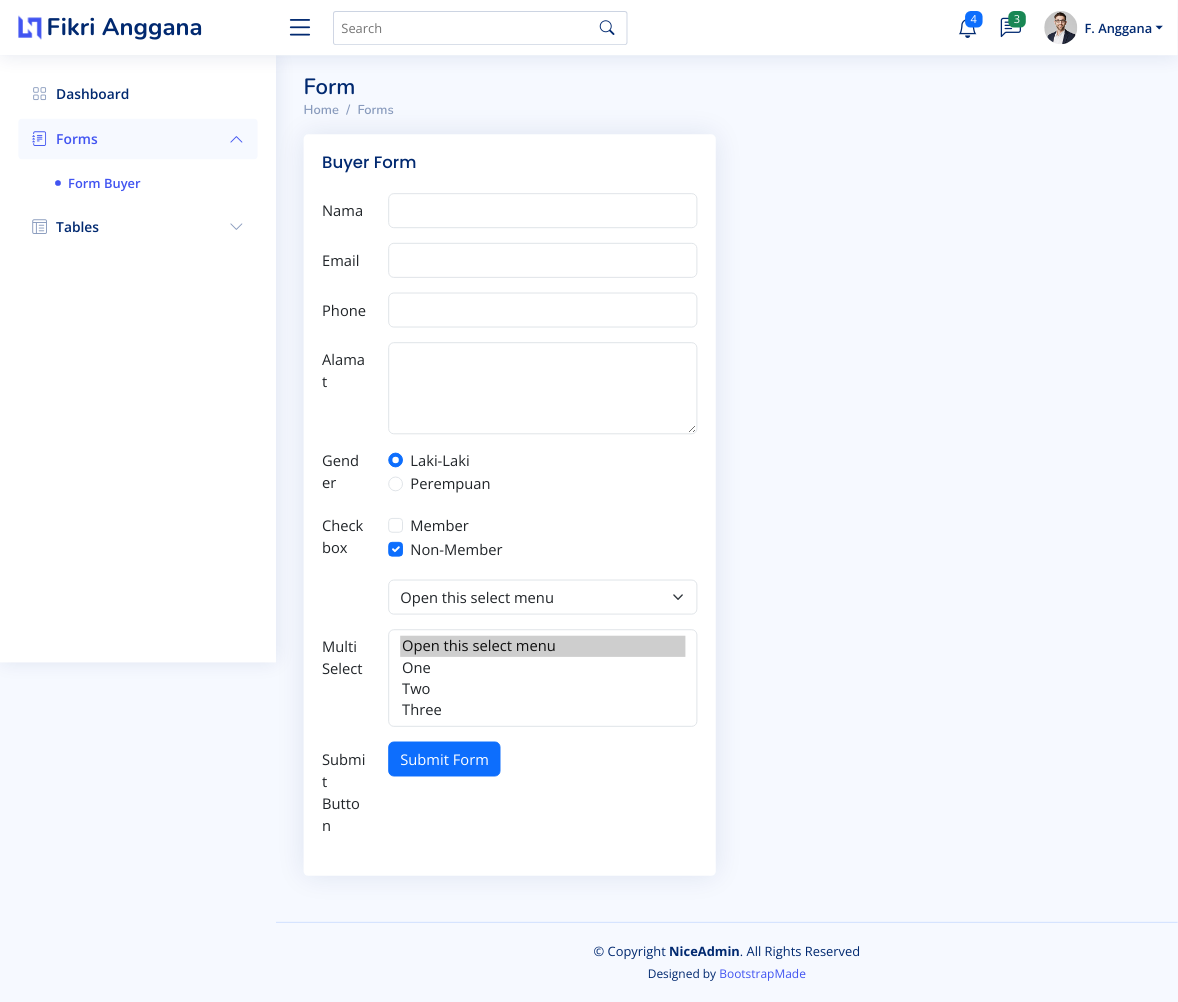
Repository: fikrianggana/PRG4_M2_P1_088
Page: NiceAdmin/forms-elements.html
An editor plug-in stored every save of this project. The page is shown before and after the next save, followed by the edit.
The browser window is 1280 px wide. The pictures show the whole page, at 92% of full size.

Above is the page before, as saved 2023-09-19 23:34:21.

After the next save:
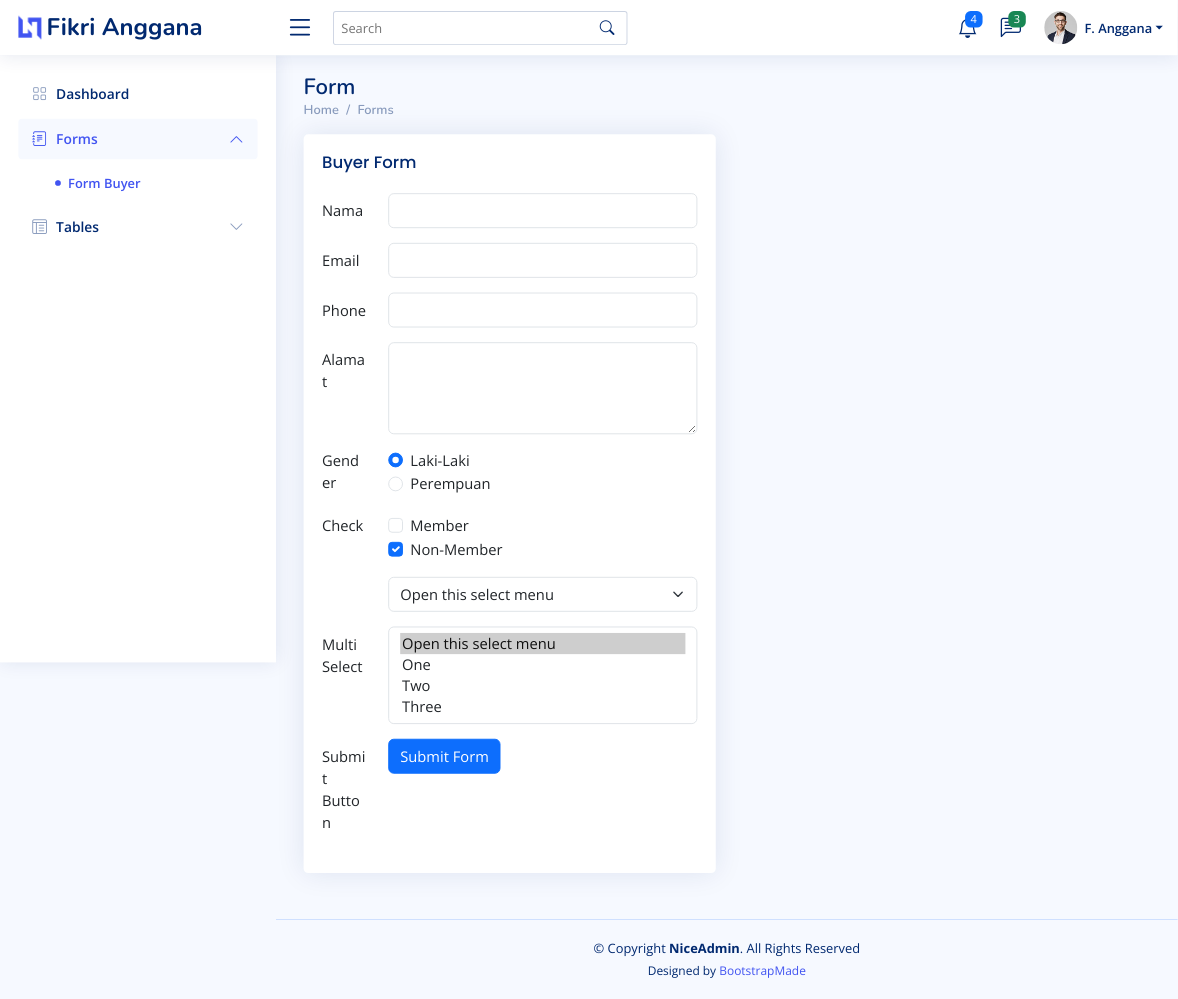
Saved 22 s later.
--- a/NiceAdmin/forms-elements.html
+++ b/NiceAdmin/forms-elements.html
@@ -376,7 +376,7 @@
                   </div>
                 </fieldset>
                 <div class="row mb-3">
-                  <legend class="col-form-label col-sm-2 pt-0">Checkbox</legend>
+                  <legend class="col-form-label col-sm-2 pt-0">Check</legend>
                   <div class="col-sm-10">
 
                     <div class="form-check">
